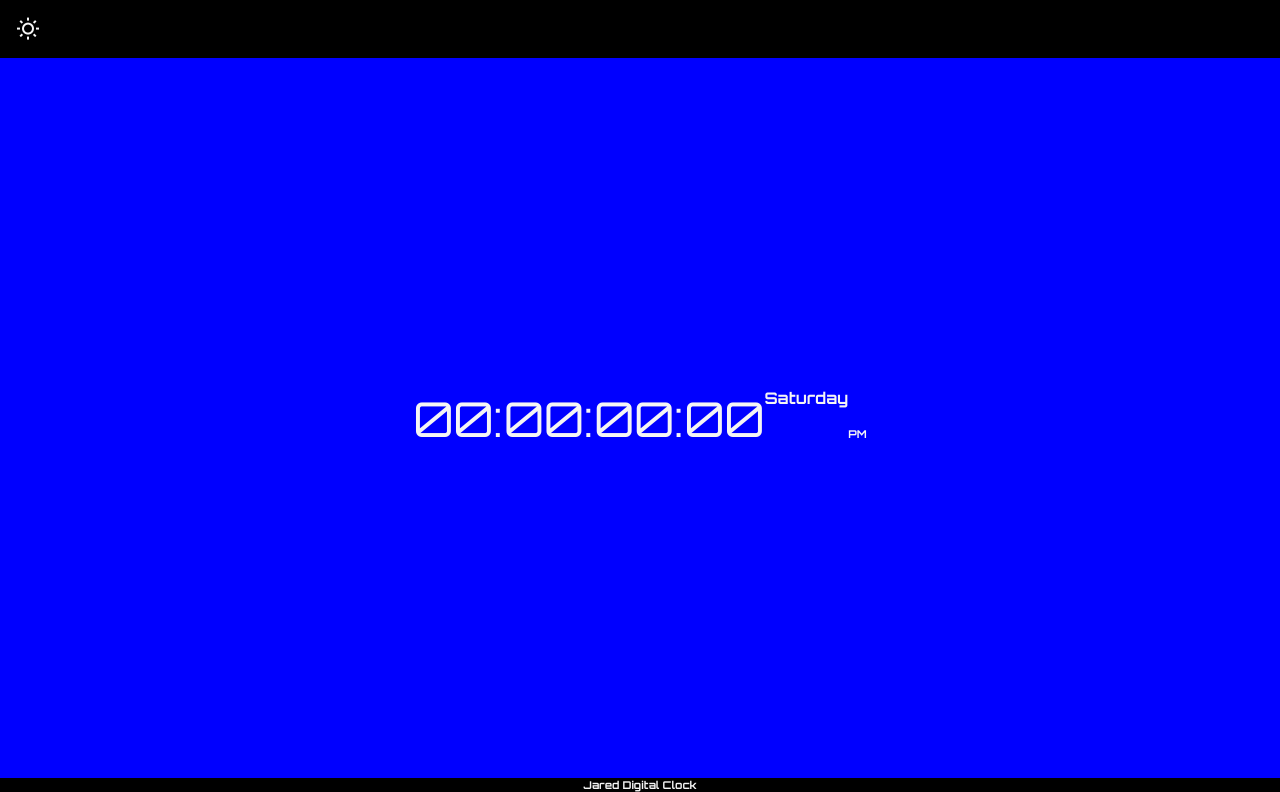
Repository: EguJaredoBoyd/Jared-Digital-Clock
Page: index.html
The author's editor kept a copy of each file at every save. The page is drawn from the files as they stood at one save, then again after the next save.
The browser window is 1280 px wide. The pictures show the whole page.
Some web libraries are served in a nearby version.

Above is the page before, as saved 2026-01-04 22:27:54.

After the next save:
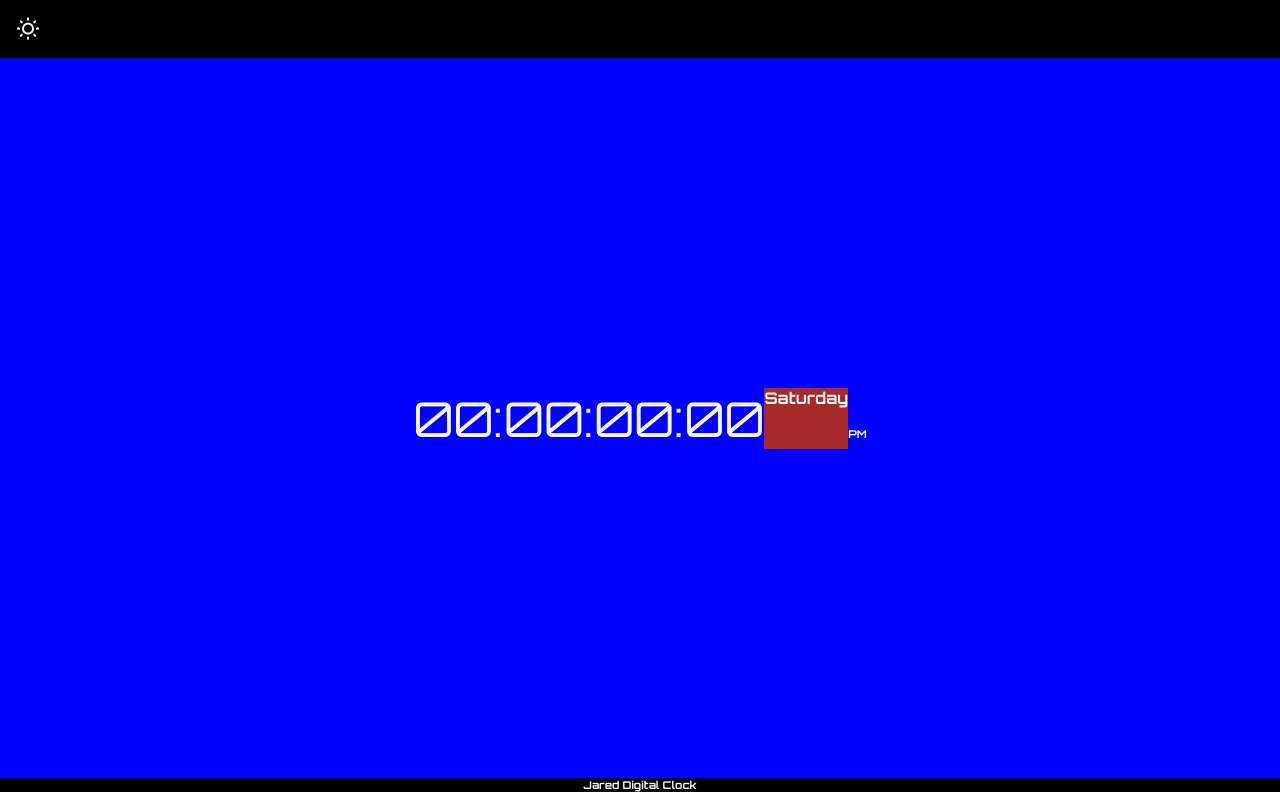
Saved 92 s later.
--- a/css/styles.css
+++ b/css/styles.css
@@ -82,6 +82,10 @@ header button i {
   max-width: 100%;
 }
 
+.watch-container__time h4 {
+  background-color: brown;
+}
+
 .watch-container__time p {
   font-size: 3rem;
 }
